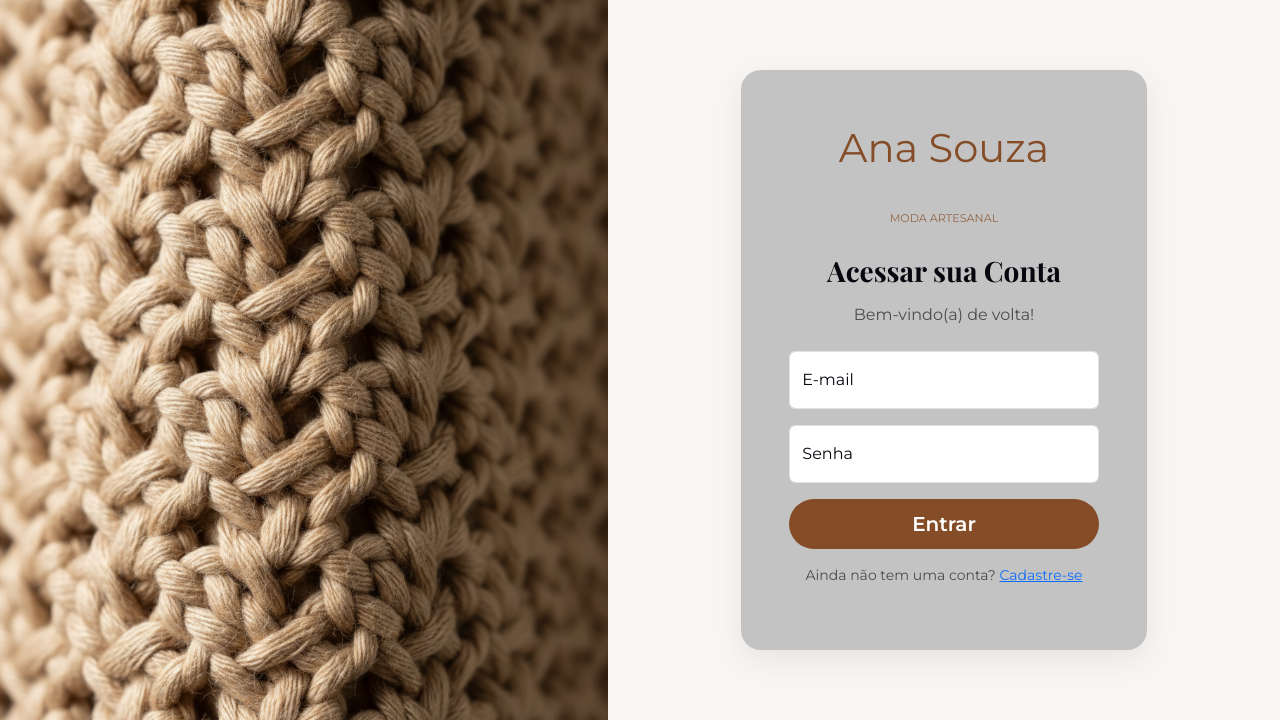
Repository: Lucascsg/projeto-anasouza-frontend
Page: login.html
These files come from the project's save history. The page is drawn as it stood at one moment and after the next save; the edit follows.
The browser window is 1280 px wide. The pictures show the whole page.

Above is the page before, as saved 2025-10-21 22:57:06.

### login.html
<!DOCTYPE html>
<html lang="pt-br">
<head>
    <meta charset="UTF-8">
    <meta name="viewport" content="width=device-width, initial-scale=1.0">
    <title>Login - Ana Souza</title>
    <link href="https://cdn.jsdelivr.net/npm/bootstrap@5.3.2/dist/css/bootstrap.min.css" rel="stylesheet">
    <link rel="stylesheet" href="css/style.css">
    <link rel="stylesheet" href="https://cdn.jsdelivr.net/npm/bootstrap-icons@1.11.1/font/bootstrap-icons.css">
    <link rel="preconnect" href="https://fonts.googleapis.com">
    <link rel="preconnect" href="https://fonts.gstatic.com" crossorigin>
    <link href="https://fonts.googleapis.com/css2?family=Montserrat:wght@400;500;600&family=Playfair+Display:wght@700&family=Great+Vibes&display=swap" rel="stylesheet">
    <style>
        /* Estilo para garantir altura total e split screen */
        body, html { height: 100%; }
        .split-container { display: flex; min-height: 100vh; }
        .split-image {
            background: url('imagens/backlog.png') no-repeat center center/cover; /* Use uma imagem bonita da sua marca */
            flex: 1;
        }
        .split-form {
            flex: 1;
            display: flex;
            align-items: center;
            justify-content: center;
            padding: 2rem;
            background-color: var(--cor-fundo-claro); /* Fundo bege claro para a parte do form */
        }
        /* Ajuste para telas menores */
        @media (max-width: 767px) {
            .split-container { flex-direction: column; }
            .split-image { min-height: 250px; flex: none; } /* Imagem fica no topo */
            .split-form { padding: 1.5rem; }
        }
    </style>
</head>
<body>

    <div class="split-container">
        <div class="split-image d-none d-md-block"></div>

        <div class="split-form">
            <div class="col-lg-8 col-md-10 col-sm-12">
                <div class="form-container section-card">
                    <div class="text-center mb-4">
                        <a class="logo-text d-inline-block mb-3 text-decoration-none" href="index.html" style="font-size: 2.5rem; color: var(--cor-base-escura) !important;">
                            <div>Ana Souza</div>
                            <small class="logo-subtitle" style="font-size: 0.7rem; color: var(--cor-base-escura); opacity: 0.8;">MODA ARTESANAL</small>
                        </a>
                        <h1 class="h3 mb-3 fw-bold">Acessar sua Conta</h1>
                        <p class="text-muted">Bem-vindo(a) de volta!</p>
                    </div>
                    <form id="login-form">
                        <div class="form-floating mb-3">
                            <input type="email" class="form-control" id="email" placeholder="nome@exemplo.com" required>
                            <label for="email">E-mail</label>
                        </div>
                        <div class="form-floating mb-3">
                            <input type="password" class="form-control" id="senha" placeholder="Senha" required>
                            <label for="senha">Senha</label>
                        </div>
                        <div class="d-grid mb-3">
                            <button class="btn btn-custom-primary btn-lg" type="submit">Entrar</button>
                        </div>
                        <p class="text-center text-muted small">
                            Ainda não tem uma conta? <a href="cadastro.html">Cadastre-se</a>
                        </p>
                    </form>
                </div>
            </div>
        </div>
    </div>

    <script src="https://cdn.jsdelivr.net/npm/bootstrap@5.3.2/dist/js/bootstrap.bundle.min.js"></script>
</body>
</html>

### css/style.css
/* =================================== */
/* VARIÁVEIS GLOBAIS E ESTILOS BASE    */
/* =================================== */
:root {
    /* Sua paleta de cores (mantive suas últimas alterações) */
    --cor-base-escura: #854D27;
    --cor-acao-vibrante: #854D27;
    --cor-detalhe-quente: #29524A;
    --cor-texto-escuro: #06070E;

    /* Cores Neutras e de Fundo */
    --cor-fundo-claro: #F8F5F2;
    --cor-texto-claro: #FFFFFF;
}

body {
    font-family: 'Montserrat', sans-serif;
    background-color: #B16262;
    color: var(--cor-texto-escuro);
}

/* Estilo para páginas com fundo branco específico */
body.bg-white-page {
    background-color: #FFFFFF;
}

h1, h2, h3, h4, h5, h6 {
    font-family: 'Playfair Display', serif;
    color: var(--cor-detalhe-quente);
}

/* =================================== */
/* ESTILOS DA BARRA DE NAVEGAÇÃO       */
/* =================================== */
.navbar-custom {
    background-color: var(--cor-base-escura);
}
/* ... (O resto dos estilos da navbar e do logo permanecem como você enviou) ... */
.navbar-brand.logo-text {
    display: flex;
    flex-direction: column;
    justify-content: center;
    padding: 0;
    position: relative;
    top: 2px;
}
.navbar-brand div {
    font-family: 'Great Vibes', cursive;
    font-size: 2.2rem;
    color: #FFD972 !important;
    line-height: 1;
    font-weight: normal;
}
.navbar-brand .logo-subtitle {
    font-family: 'Montserrat', sans-serif;
    font-size: 0.6rem;
    text-transform: uppercase;
    letter-spacing: 0.1em;
    display: block;
    opacity: 0.9;
    color: #FFD972;
    margin-top: -5px;
}
/* ... (outros estilos da navbar que você enviou) ... */
.navbar-custom .navbar-brand img {
    height: 40px;
}
.navbar-custom .nav-link {
    color: var(--cor-texto-claro);
    font-weight: 500;
    text-transform: uppercase;
    font-size: 0.9rem;
    padding: 0.5rem 1rem;
    transition: opacity 0.3s;
}
.navbar-custom .nav-link:hover {
    opacity: 0.8;
}
.navbar-icons a {
    color: var(--cor-texto-claro);
    font-size: 1.2rem;
    transition: opacity 0.3s;
}
.navbar-icons a:hover {
    opacity: 0.8;
}


/* =================================== */
/* ESTILOS DA SEÇÃO HERO (IMAGEM)      */
/* =================================== */
#hero {
    position: relative;
    height: 90vh;
    width: 100%;
    display: flex;
    align-items: center;
    justify-content: center;

    /* --- ATUALIZAÇÃO PARA IMAGEM DE FUNDO --- */
    background: url('../imagens/hero-background.jpg') no-repeat center center/cover;
}

#hero::after {
    content: '';
    position: absolute;
    top: 0;
    left: 0;
    width: 100%;
    height: 100%;
    background: rgba(0, 0, 0, 0.6);
    z-index: 1;
}

#hero .hero-content {
    position: relative;
    z-index: 2;
}

#hero .hero-content h1 {
    font-weight: 700;
    color: var(--cor-texto-claro);
}

#hero .hero-content .btn {
    border-radius: 50px;
    padding: 12px 30px;
    font-weight: 600;
}


/* ... (O resto do seu CSS continua exatamente como você enviou) ... */

/* =================================== */
/* ESTILOS GERAIS DAS SEÇÕES           */
/* =================================== */
section h2 {
    color: var(--cor-detalhe-quente);
    margin-bottom: 1rem;
}

/* =================================== */
/* ESTILOS DA SEÇÃO DE PRODUTOS        */
/* =================================== */
.product-card {
    border: none;
    border-radius: 15px;
    box-shadow: 0 4px 15px rgba(0, 0, 0, 0.08);
    transition: all 0.3s ease-in-out;
}
.product-card:hover {
    transform: translateY(-8px);
    box-shadow: 0 8px 25px rgba(0, 0, 0, 0.12);
}
.product-card .card-title {
    color: var(--cor-texto-escuro);
    font-weight: 600;
}
.product-card .btn {
    border-radius: 50px;
    padding: 8px 25px;
    font-weight: 500;
    border-color: var(--cor-base-escura);
    color: var(--cor-base-escura);
}
.product-card .btn:hover {
    background-color: var(--cor-base-escura);
    color: white;
}

/* =================================== */
/* ESTILOS DA SEÇÃO DE BLOG            */
/* =================================== */
.btn-custom-primary {
    background-color: var(--cor-acao-vibrante);
    color: white;
    border: none;
    border-radius: 50px;
    padding: 10px 30px;
    font-weight: 600;
    transition: all 0.3s;
}
.btn-custom-primary:hover {
    background-color: var(--cor-acao-vibrante);
    color: white;
    opacity: 0.9;
    transform: translateY(-2px);
}
#blog img {
    border-radius: 15px;
}

/* =================================== */
/* ESTILOS DO RODAPÉ (FOOTER)          */
/* =================================== */
.footer-custom {
    background-color: var(--cor-base-escura);
}
.footer-custom a {
    text-decoration: none;
    transition: opacity 0.3s;
}
.footer-custom a:hover {
    opacity: 0.8;
}

/* =================================== */
/* ESTILO DE SEÇÃO EM FORMATO DE CARD  */
/* =================================== */

.section-card {
    background-color: #c3c3c3; /* Fundo branco para o card */
    padding: 3rem 2rem;        /* Espaçamento interno generoso */
    border-radius: 20px;       /* As pontas curvadas que você pediu */
    box-shadow: 0 10px 30px rgba(0, 0, 0, 0.07); /* Sombra sutil para "flutuar" */
}

/* =================================== */
/* Estilos da Página de Produto        */
/* =================================== */

.product-price {
    color: var(--cor-detalhe-quente); /* Usando o verde/marrom dos títulos */
    font-weight: 600;
}

/* =================================== */
/* Estilos da Personalização de Cor    */
/* =================================== */

.seletor-cor {
    width: 32px;
    height: 32px;
    border-radius: 50%; /* Deixa o elemento redondo */
    border: 2px solid #eee;
    cursor: pointer;
    margin-right: 10px;
    margin-bottom: 10px;
    transition: transform 0.2s ease-in-out;
    background-size: cover;
    background-position: center;
}

.seletor-cor:hover {
    transform: scale(1.1); /* Efeito de zoom no hover */
}

/* Estilo para o seletor de cor que está ativo/selecionado */
.seletor-cor.active {
    border-color: var(--cor-base-escura); /* Usa a cor da navbar para destacar */
    box-shadow: 0 0 8px rgba(0, 0, 0, 0.3);
}

/* ============================================= */
/* REFINAMENTO DA PÁGINA DE POST (LEIA MAIS)     */
/* ============================================= */

/* 1. Controlando o tamanho da imagem de destaque */
#post-imagem {
    max-height: 450px; /* Define uma altura máxima para a imagem */
    width: 100%;
    object-fit: cover;   /* Garante que a imagem cubra o espaço sem distorcer */
    border-radius: 15px; /* Bordas mais suaves, combinando com o resto do site */
}

/* 2. Ajustando o Título e a Data */
#post-titulo {
    margin-top: 2.5rem; /* Adiciona mais espaço acima do título */
}

#post-data {
    font-size: 0.8rem;
    text-transform: uppercase;
    letter-spacing: 0.05em; /* Espaçamento entre as letras para um look mais "design" */
}

/* 3. Melhorando a legibilidade do texto do artigo */
#post-conteudo p {
    font-size: 1.1rem;      /* Aumenta um pouco o tamanho da fonte para leitura */
    line-height: 1.8;       /* Aumenta o espaçamento entre as linhas, essencial para textos longos */
    color: #343a40;         /* Um cinza mais escuro para melhor contraste e conforto visual */
}

/* Estilo para os cards de resumo na página de agradecimento */
.summary-item-card {
    background-color: #c3c3c3 !important; /* O cinza que você usou nos section-cards */
    border: none;
    color: var(--cor-texto-escuro); /* Garante que o texto dentro seja escuro */
}

/* =================================== */
/* Estilos para Formulários de Login/Cadastro */
/* =================================== */
.form-container {
    padding: 2rem;
}

@media (min-width: 768px) {
    .form-container {
        padding: 3rem;
    }
}

After the next save:
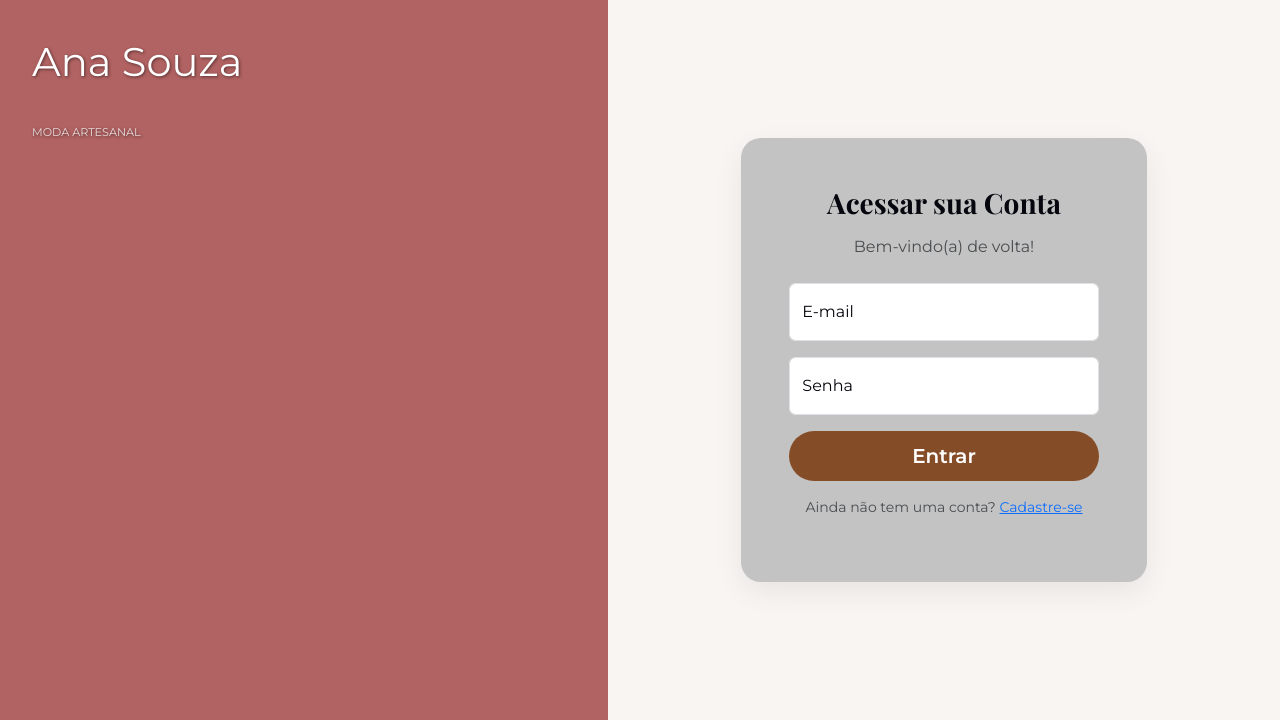
Not found: imagens/auth-background.jpg
Saved 7 min 55 s later.
--- a/login.html
+++ b/login.html
@@ -12,11 +12,12 @@
     <link href="https://fonts.googleapis.com/css2?family=Montserrat:wght@400;500;600&family=Playfair+Display:wght@700&family=Great+Vibes&display=swap" rel="stylesheet">
     <style>
         /* Estilo para garantir altura total e split screen */
-        body, html { height: 100%; }
+        body, html { height: 100%; margin: 0; overflow: hidden; /* Evita scroll desnecessário */ }
         .split-container { display: flex; min-height: 100vh; }
         .split-image {
-            background: url('imagens/backlog.png') no-repeat center center/cover; /* Use uma imagem bonita da sua marca */
+            background: url('imagens/auth-background.jpg') no-repeat center center/cover; /* SUA NOVA IMAGEM AQUI */
             flex: 1;
+            position: relative; /* Para posicionar o logo sobre a imagem */
         }
         .split-form {
             flex: 1;
@@ -25,25 +26,66 @@
             justify-content: center;
             padding: 2rem;
             background-color: var(--cor-fundo-claro); /* Fundo bege claro para a parte do form */
+            overflow-y: auto; /* Permite scroll se o form for muito grande */
         }
+        /* Posicionamento do logo na imagem (apenas desktop) */
+        .image-logo {
+            position: absolute;
+            top: 2rem;
+            left: 2rem;
+            z-index: 10;
+        }
+        .image-logo .logo-text {
+            color: #FFFFFF !important; /* Logo branco sobre a imagem */
+            text-shadow: 1px 1px 3px rgba(0,0,0,0.5); /* Sombra para legibilidade */
+        }
+        .image-logo .logo-subtitle {
+            color: rgba(255,255,255,0.8) !important;
+        }
+
         /* Ajuste para telas menores */
         @media (max-width: 767px) {
             .split-container { flex-direction: column; }
-            .split-image { min-height: 250px; flex: none; } /* Imagem fica no topo */
+            .split-image {
+                min-height: 250px;
+                flex: none;
+                display: flex; /* Para centralizar o logo */
+                align-items: center;
+                justify-content: center;
+                position: relative;
+            }
+            .image-logo {
+                position: static; /* Remove o posicionamento absoluto para centralizar */
+                top: auto; left: auto;
+                text-align: center;
+            }
             .split-form { padding: 1.5rem; }
+            .form-logo { display: block !important; } /* Mostra o logo no form para mobile */
+            .image-logo { display: none; } /* Esconde o logo na imagem para mobile */
+        }
+        /* Para telas maiores (desktop), esconde o logo do formulário */
+        @media (min-width: 768px) {
+            .form-logo { display: none; }
         }
     </style>
 </head>
 <body>
 
     <div class="split-container">
-        <div class="split-image d-none d-md-block"></div>
+        <div class="split-image d-none d-md-flex">
+            <div class="image-logo">
+                <a class="logo-text d-inline-block text-decoration-none" href="index.html" style="font-size: 2.5rem;">
+                    <div>Ana Souza</div>
+                    <small class="logo-subtitle" style="font-size: 0.7rem;">MODA ARTESANAL</small>
+                </a>
+            </div>
+        </div>
 
         <div class="split-form">
             <div class="col-lg-8 col-md-10 col-sm-12">
                 <div class="form-container section-card">
                     <div class="text-center mb-4">
-                        <a class="logo-text d-inline-block mb-3 text-decoration-none" href="index.html" style="font-size: 2.5rem; color: var(--cor-base-escura) !important;">
+                        <a class="logo-text form-logo d-none d-md-none d-inline-block mb-3 text-decoration-none" href="index.html" style="font-size: 2.5rem; color: var(--cor-base-escura) !important;">
                             <div>Ana Souza</div>
                             <small class="logo-subtitle" style="font-size: 0.7rem; color: var(--cor-base-escura); opacity: 0.8;">MODA ARTESANAL</small>
                         </a>
@@ -63,7 +105,7 @@
                             <button class="btn btn-custom-primary btn-lg" type="submit">Entrar</button>
                         </div>
                         <p class="text-center text-muted small">
-                            Ainda não tem uma conta? <a href="cadastro.html">Cadastre-se</a>
+                            Ainda não tem uma conta? <a href="cadastro.html" class="link-custom-secondary">Cadastre-se</a>
                         </p>
                     </form>
                 </div>
